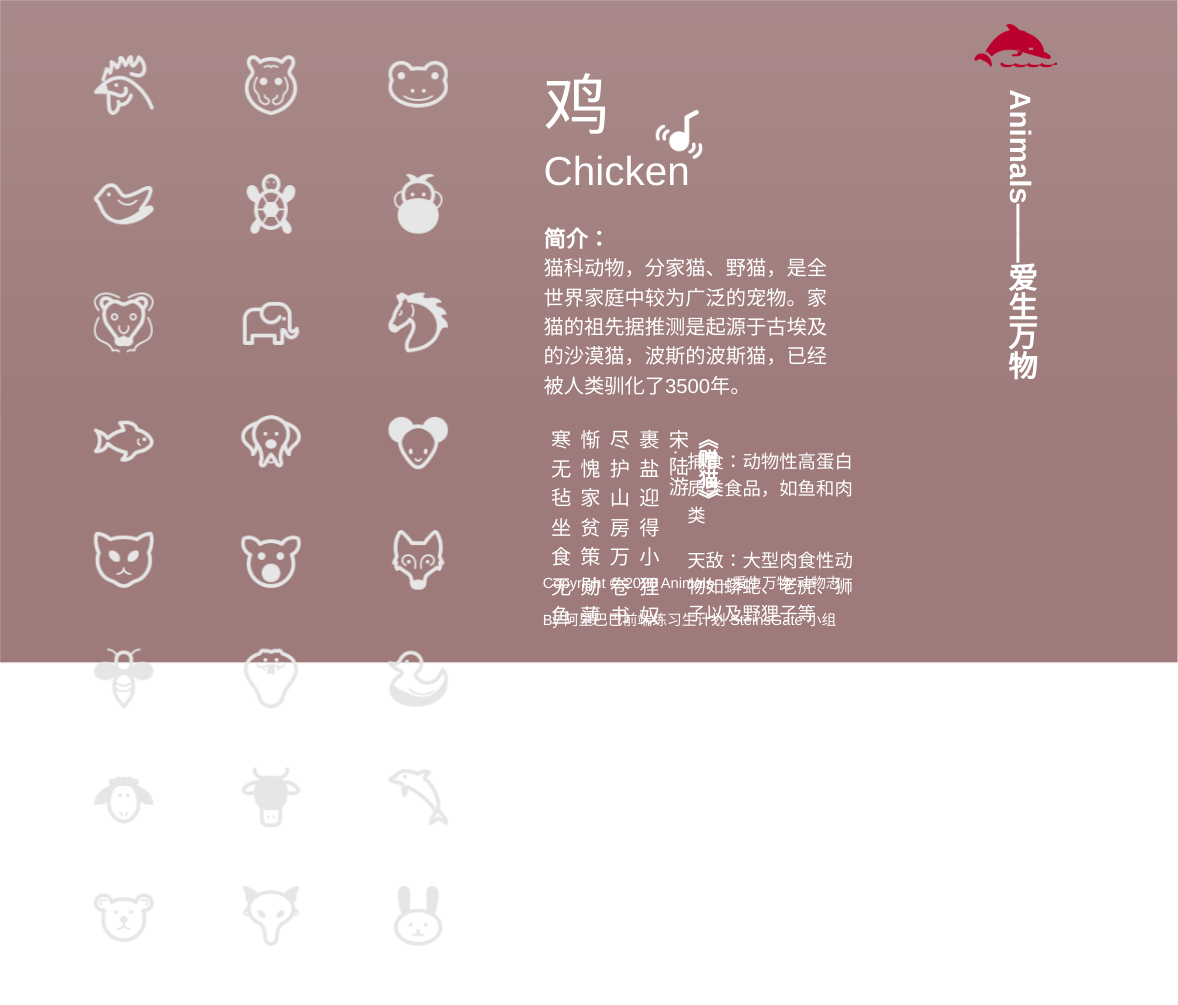
Repository: Whiskeyi/Animals
Page: /
These files come from the project's save history. The page is drawn as it stood at one moment and after a run of saves; the edit follows.
The browser window is 1280 px wide. The pictures show the whole page, at 92% of full size.
The project was rebuilt for these pictures with package versions that can differ from the ones it lists, and the page was loaded fresh each time.

Above is the page before, as saved 2021-11-17 16:28:17.

### public/index.html
<!DOCTYPE html>
<html lang="en">
  <head>
    <meta charset="utf-8">
    <meta http-equiv="X-UA-Compatible" content="IE=edge">
    <meta name="viewport" content="width=device-width,initial-scale=1.0">
    <link rel="icon" href="<%= BASE_URL %>favicon.ico">
    <title>Animals</title>
  </head>
  <body>
    <noscript>
      <strong>We're sorry but animals doesn't work properly without JavaScript enabled. Please enable it to continue.</strong>
    </noscript>
    <div id="app"></div>
    <!-- built files will be auto injected -->
  </body>
</html>

### src/main.js
import Vue from 'vue'
import App from './App.vue'
import router from './router'
import store from './store'
import './plugins/element.js' // 引入element-ui

Vue.config.productionTip = false

new Vue({
  router,
  store,
  render: h => h(App)
}).$mount('#app')

### src/App.vue
<template>
  <div id="app">
    <!-- 入口 -->
    <router-view/>
  </div>
</template>

<style lang="scss">
#app {
  font-family: 'Avenir', Helvetica, Arial, sans-serif;
  -webkit-font-smoothing: antialiased;
  -moz-osx-font-smoothing: grayscale;
}

html, body {  // 去除白边
    width: 100%;
    height: 100%;
    margin: 0;
    padding: 0;
    position: relative;
}

</style>

### src/router.js
// 路由
import Vue from 'vue'
import Router from 'vue-router'
import Home from './views/Home.vue'

Vue.use(Router)

export default new Router({
  mode: 'history',
  base: process.env.BASE_URL,
  routes: [
    {
      path: '/',
      name: 'home',
      component: Home
    }
  ]
})

### src/store.js
import Vue from 'vue'
import Vuex from 'vuex'

Vue.use(Vuex)

export default new Vuex.Store({
  state: {
    num: ""
  },
  mutations: {
    saveNum(state, num) {
      state.num = num
    }
  },
  actions: {

  }
})

### src/plugins/element.js
// 引入element-ui
import Vue from 'vue'

import ElementUI from 'element-ui';
import 'element-ui/lib/theme-chalk/index.css';

Vue.use(ElementUI);

### src/views/Home.vue
<template>
  <div class="home">
    <!-- 背景+光泽效果 -->
    <Gloss></Gloss>
    <!-- 页面容器 -->
    <div class="container">
      <!-- 左侧展示模块 -->
      <div id="leftContainer">
        <LeftMain></LeftMain>
      </div>
      <!-- 右侧展示模块 -->
      <div id="rightContainer">
        <!-- 输出信息 -->
          <Info></Info>
          <!-- 右侧标题 -->
          <RightHead></RightHead>
          <!-- 尾部 -->
          <Footer></Footer>
      </div>
    </div>
  </div>
</template>

<script>
// @ is an alias to /src
// 组件引入
import Gloss from '@/components/Gloss'
import Footer from '@/components/Footer'
import Info from '@/components/Info'
import RightHead from '@/components/right-head'
import LeftMain from '@/components/left-main'

export default {
  name: 'home',
  components: {
    Gloss,Footer,Info,RightHead,LeftMain
  }
}
</script>

<style lang="scss" scoped>
#leftContainer {
  position: absolute;
  left: 10%;
  width: 30%;
  height: 100%;
  margin: 0 auto;
}
#rightContainer {
  position: fixed;
  right: 10%;
  width: 50%;
  height: 100%;
  margin: 0 auto;
}
@media screen and (max-width: 1440px) { // 屏幕小于1440px样式
  #leftContainer {
  position: absolute;
  left: 5%;
  width: 36%;
  height: 100%;
  margin: 0 auto;
}
#rightContainer {
  position: fixed;
  right: 5%;
  width: 54%;
  height: 100%;
  margin: 0 auto;
}
}
</style>

### src/components/Gloss/index.vue
<template>
<!-- 实现光泽效果,丰富背景颜色 -->
<div id="bg" :style="{ backgroundColor : color }">
    <div id="gloss"></div>
</div>
</template>

<script>
const animalsData = require('@/data/Animals.json')
import store from '../../store'

export default {
    data() {
        return {
            color: 'rgb(158, 122, 122)'
        }
    },
    mounted() {
        this.changeColor()
        // window.console.log(animalsData.AnimalsDetail[0].color)
    },
    methods: {
        changeColor() {
            setInterval(function() {
                // let arrColor = ["#FC9F4D", "#E98B2A", "#90B44B", "#4D5139", "#1C1C1C", "#4F4F48",
                //                 "#FF5E99", "#828282", "#52433D", "#947A6D", "#080808", "#0C0C0C",
                //                 "#434343", "#B19693", "#434343", "#EFBB24", "#90B44B", "#373C38",
                //                 "#BDC0BA", "#BDC0BA", "#BDC0BA", "#434343","#BDC0BA", "#BDC0BA"]
                let num = Math.floor(Math.random() * animalsData.AnimalsDetail.length)
                store.commit('saveNum',num)
                document.getElementById('bg').style.backgroundColor = animalsData.AnimalsDetail[num].color
                // this.color = color
            }, 8000);
        }
    }
}
</script>

<style lang="scss" scoped>
#gloss {
    position: fixed;
    width: 100%;
    height: 478px;
    background: url('../../assets/gloss.png') repeat-x;
    // z-index: -8;  //暂时注释,影响调试
}
#bg {
  height: 100%;
  width: 100%;
  position: fixed;
  transition: background-color 2s ease-in; // 背景颜色切换2S过渡
  filter: blur(0.5px); // 背景高斯模糊
  // z-index: -9; //暂时注释,影响调试
}
</style>

### src/components/Footer/index.vue
<template>
  <div class="footerContainer">
      <p>Copyright © 2020 Animals—“爱生万物”动物志</p>
      <p>By 阿里巴巴前端练习生计划 SteinsGate 小组</p>
  </div>
</template>

<script>
export default {

}
</script>

<style lang="scss" scoped>
.footerContainer {
    position: fixed;
    bottom: 0;
    font-size: 1rem;
    color:#fff;
    margin:0 0 20px 65px;
}
</style>

### src/components/Info/index.vue
<template>
  <div class="infoContainer">
    <div class="infPadding">
      <!-- 标题、声音icon -->
    <Introduce></Introduce>
    <!-- 简介 -->
    <IntroduceMid></IntroduceMid>
    <!-- 捕食、诗 -->
    <HabbitPoem></HabbitPoem>
    </div>
  </div>
</template>

<script>
import Introduce from './Introduce'
import HabbitPoem from './habbit-poem'
import IntroduceMid from './introduce-mid'
export default {
  name: 'Info',
  components: {
    Introduce, HabbitPoem, IntroduceMid
  }
}
</script>

<style lang="scss" scoped>
.infoContainer {
    float: left;
    z-index: 10000;
    width: 82%;
    height: 80%;
    margin: 26px 0 0 16px;
    padding: 15px 0px;
    color:#fff;
}
.infPadding {
  padding: 0 0 0 50px;
}
.infoContainer logo {
    position: absolute;
}
@media screen and (max-width: 1440px) { // 屏幕小于1440px样式
  .infoContainer {
    float: left;
    z-index: 10000;
    width: 75%;
    height: 80%;
    margin: 26px 0 0 16px;
}
}
</style>

### src/components/right-head/index.vue
<template>
  <div class="rightHeadContainer">
      <el-image class="logo" alt="logo" :src="require('@/icons/index.png')"></el-image>
      <h1 class="vertical">Animals——爱生万物</h1>
  </div>
</template>

<script>
export default {

}
</script>

<style lang="scss" scoped>
.rightHeadContainer {
    float: left;
    height: 400px;
    width: 100px;
    margin: 26px 0 0 16px;
}
.vertical {
    writing-mode: vertical-lr;
    padding-left: 5px;
    color: #fff;
}
.logo {
    width: 90px;
    padding-bottom: 20px;
}
@media screen and (max-width: 1440px) { // 屏幕小于1440px样式
    .rightHeadContainer {
        float: left;
        height: 400px;
        width:85px;
        margin: 26px 0 0 0;
    }
    .vertical {
        writing-mode: vertical-lr;
        padding-right: 0;
        color: #fff;
    }
}
</style>

### src/components/left-main/index.vue
<template>
  <div class="leftContainer">
    <el-row :gutter="20" type="flex" justify="center" v-for="AnimalsDetail in data" :key="AnimalsDetail.enName">
      <el-col :span="8">
        <el-image class="logo" alt="logo" :src="require('@/icons/animals/chicken.png')"></el-image>
      </el-col>
      <el-col :span="8">
        <el-image class="logo" alt="logo" :src="require('@/icons/animals/tiger.png')"></el-image>
      </el-col>
      <el-col :span="8">
        <el-image class="logo" alt="logo" :src="require('@/icons/animals/frog.png')"></el-image>
      </el-col>
    </el-row>
     <el-row :gutter="20" type="flex" justify="center" v-for="AnimalsDetail in data" :key="AnimalsDetail.enName">
      <el-col :span="8">
        <el-image class="logo" alt="logo" :src="require('@/icons/animals/bird.png')"></el-image>
      </el-col>
      <el-col :span="8">
        <el-image class="logo" alt="logo" :src="require('@/icons/animals/turtle.png')"></el-image>
      </el-col>
      <el-col :span="8">
        <el-image class="logo" alt="logo" :src="require('@/icons/animals/monkey.png')"></el-image>
      </el-col>
    </el-row>
     <el-row :gutter="20" type="flex" justify="center" v-for="AnimalsDetail in data" :key="AnimalsDetail.enName">
      <el-col :span="8">
        <el-image class="logo" alt="logo" :src="require('@/icons/animals/lion.png')"></el-image>
      </el-col>
      <el-col :span="8">
        <el-image class="logo" alt="logo" :src="require('@/icons/animals/elephant.png')"></el-image>
      </el-col>
      <el-col :span="8">
        <el-image class="logo" alt="logo" :src="require('@/icons/animals/horse.png')"></el-image>
      </el-col>
    </el-row>
     <el-row :gutter="20" type="flex" justify="center" v-for="AnimalsDetail in data" :key="AnimalsDetail.enName">
      <el-col :span="8">
        <el-image class="logo" alt="logo" :src="require('@/icons/animals/fish.png')"></el-image>
      </el-col>
      <el-col :span="8">
        <el-image class="logo" alt="logo" :src="require('@/icons/animals/dog.png')"></el-image>
      </el-col>
      <el-col :span="8">
        <el-image class="logo" alt="logo" :src="require('@/icons/animals/mouse.png')"></el-image>
      </el-col>
    </el-row>
     <el-row :gutter="20" type="flex" justify="center" v-for="AnimalsDetail in data" :key="AnimalsDetail.enName">
      <el-col :span="8">
        <el-image class="logo" alt="logo" :src="require('@/icons/animals/cat.png')"></el-image>
      </el-col>
      <el-col :span="8">
        <el-image class="logo" alt="logo" :src="require('@/icons/animals/pig.png')"></el-image>
      </el-col>
      <el-col :span="8">
        <el-image class="logo" alt="logo" :src="require('@/icons/animals/wolf.png')"></el-image>
      </el-col>
    </el-row>
     <el-row :gutter="20" type="flex" justify="center" v-for="AnimalsDetail in data" :key="AnimalsDetail.enName">
      <el-col :span="8">
        <el-image class="logo" alt="logo" :src="require('@/icons/animals/bee.png')"></el-image>
      </el-col>
      <el-col :span="8">
        <el-image class="logo" alt="logo" :src="require('@/icons/animals/snake.png')"></el-image>
      </el-col>
      <el-col :span="8">
        <el-image class="logo" alt="logo" :src="require('@/icons/animals/duck.png')"></el-image>
      </el-col>
    </el-row>
     <el-row :gutter="20" type="flex" justify="center" v-for="AnimalsDetail in data" :key="AnimalsDetail.enName">
      <el-col :span="8">
        <el-image class="logo" alt="logo" :src="require('@/icons/animals/sheep.png')"></el-image>
      </el-col>
      <el-col :span="8">
        <el-image class="logo" alt="logo" :src="require('@/icons/animals/cow.png')"></el-image>
      </el-col>
      <el-col :span="8">
        <el-image class="logo" alt="logo" :src="require('@/icons/animals/dolphin.png')"></el-image>
      </el-col>
    </el-row>
     <el-row :gutter="20" type="flex" justify="center" v-for="AnimalsDetail in data" :key="AnimalsDetail.enName">
      <el-col :span="8">
        <el-image class="logo" alt="logo" :src="require('@/icons/animals/bear.png')"></el-image>
      </el-col>
      <el-col :span="8">
        <el-image class="logo" alt="logo" :src="require('@/icons/animals/fox.png')"></el-image>
      </el-col>
      <el-col :span="8">
        <el-image class="logo" alt="logo" :src="require('@/icons/animals/rabbit.png')"></el-image>
      </el-col>
    </el-row>
  </div>
</template>

<script>
import data from '@/data/Animals.json'
export default {
  data() {
    return {
      data
    }
  }
}
</script>

<style lang="scss" scoped>
.leftContainer {
  padding: 30px 0;
  width: 100%;
  text-align: center;
}
.leftContainer .logo {
  width: 100px;
  height: 100px;
  padding: 40px 0;
}
 @media screen and (max-width: 1440px) { // 屏幕小于1440px样式
  .leftContainer .logo {
    height: 65px;
    width: 65px;
    padding: 30px 0;
  }
 }
</style>

### src/components/Info/Introduce/index.vue
<template>
  <div class="introduce">
      <el-row class="intContainer">
          <el-col :span="6">
              <div id="title">{{ name }}</div>
              <div id="subTitle">{{ enName }}</div>
          </el-col>
          <el-col :span="10">
              <el-image class="logo" alt="logo" :src="require('@/icons/voice.png')"></el-image>
          </el-col>
      </el-row>
  </div>
</template>

<script>
const animalsData = require('@/data/Animals.json')
import store from '../../../store'
export default {
    data() {
        return {
            name: '鸡',
            enName: 'Chicken'
        }
    },
    mounted() {
        this.changeInfo()
        // window.console.log(store.state.num)
    },
    methods: {
          changeInfo() {
            setInterval(function() {
                this.name = animalsData.AnimalsDetail[store.state.num].name
                document.getElementById('title').innerHTML = this.name
                // window.console.log(this.name)
                this.enName = animalsData.AnimalsDetail[store.state.num].enName
                document.getElementById('subTitle').innerHTML = this.enName
                // window.console.log(this.enName)
            }, 8000);
        }
    }
}
</script>

<style lang="scss" scoped>
.introduce {
    // background-color: wheat;;
    height: 30%;
    width: 100%;
}
.intContainer {
    padding: 15px 0;
}
#title {
    font-size: 72px;
}
#subTitle {
    font-size: 44px;
}
.logo {
    padding-top: 60px;
    height: 60px;
    width: 60px;
}
</style>

### src/components/Info/habbit-poem/index.vue
<template>
  <div class="habPoem">
       <el-row class="habContainer">
           <el-col class="poem" :span="8">
                <div class="content">寒无毡坐食无鱼</div>
                <div class="content">惭愧家贫策勋薄</div>
                <div class="content">尽护山房万卷书</div>
                <div class="content">裹盐迎得小狸奴</div>
                <div class="author">宋·陆游</div>
                <div class="poemTitle">《赠猫》</div>
            </el-col>
            <el-col class="habContent" :span="10">
              <p class="foodTitle">捕食：动物性高蛋白质类食品，如鱼和肉类</p>
              <p class="enemyTitle">天敌：大型肉食性动物如蟒蛇、老虎、狮子以及野狸子等</p>
            </el-col>
      </el-row>
  </div>
</template>

<script>
export default {

}
</script>

<style lang="scss" scoped>
.habPoem {
    // background-color: rgb(252, 94, 94);
    height: 30%;
}
.poem {
    writing-mode: vertical-lr;
    font-size: 22px;
    .poemTitle {
        font-weight: bold;
    }
    .content {
        letter-spacing: 15px;
    }
}
.habContainer {
    padding: 15px 0;
}
.habContent p {
    font-size: 20px;
}
@media screen and (max-width: 1440px) { // 屏幕小于1440px样式
    .poem {
        writing-mode: vertical-lr;
        font-size: 22px;
        .poemTitle {
            font-weight: bold;
        }
        .content {
            letter-spacing: 10px;
        }
    }
}
</style>

### src/components/Info/introduce-mid/index.vue
<template>
    <div class="fooMid">
        <el-row class="botContainer">
            <el-col :sm="16" :md="16" :lg="16">
                <div class="IntTitle">简介：</div>
                <div class="IntContent">猫科动物，分家猫、野猫，是全世界家庭中较为广泛的宠物。家猫的祖先据推测是起源于古埃及的沙漠猫，波斯的波斯猫，已经被人类驯化了3500年。</div>
            </el-col>
        </el-row>
    </div>
</template>

<script>
export default {

}
</script>

<style lang="scss" scoped>
.fooMid {
    // background-color: rgb(253, 128, 128);
    height: 50%;
    width: 100%;
}
.botContainer {
    padding: 15px 0;
}
.IntTitle {
    font-size: 24px;
    font-weight: bold;
}
.IntContent {
    font-size: 22px;
    line-height: 40px;
}
@media screen and (max-width: 1440px) { // 屏幕小于1440px样式
    .IntContent {
        font-size: 22px;
        line-height: 32px;
    }
}
</style>

Loaded but not shown: src/data/Animals.json (327 lines, source omitted)

After the next 2 saves:
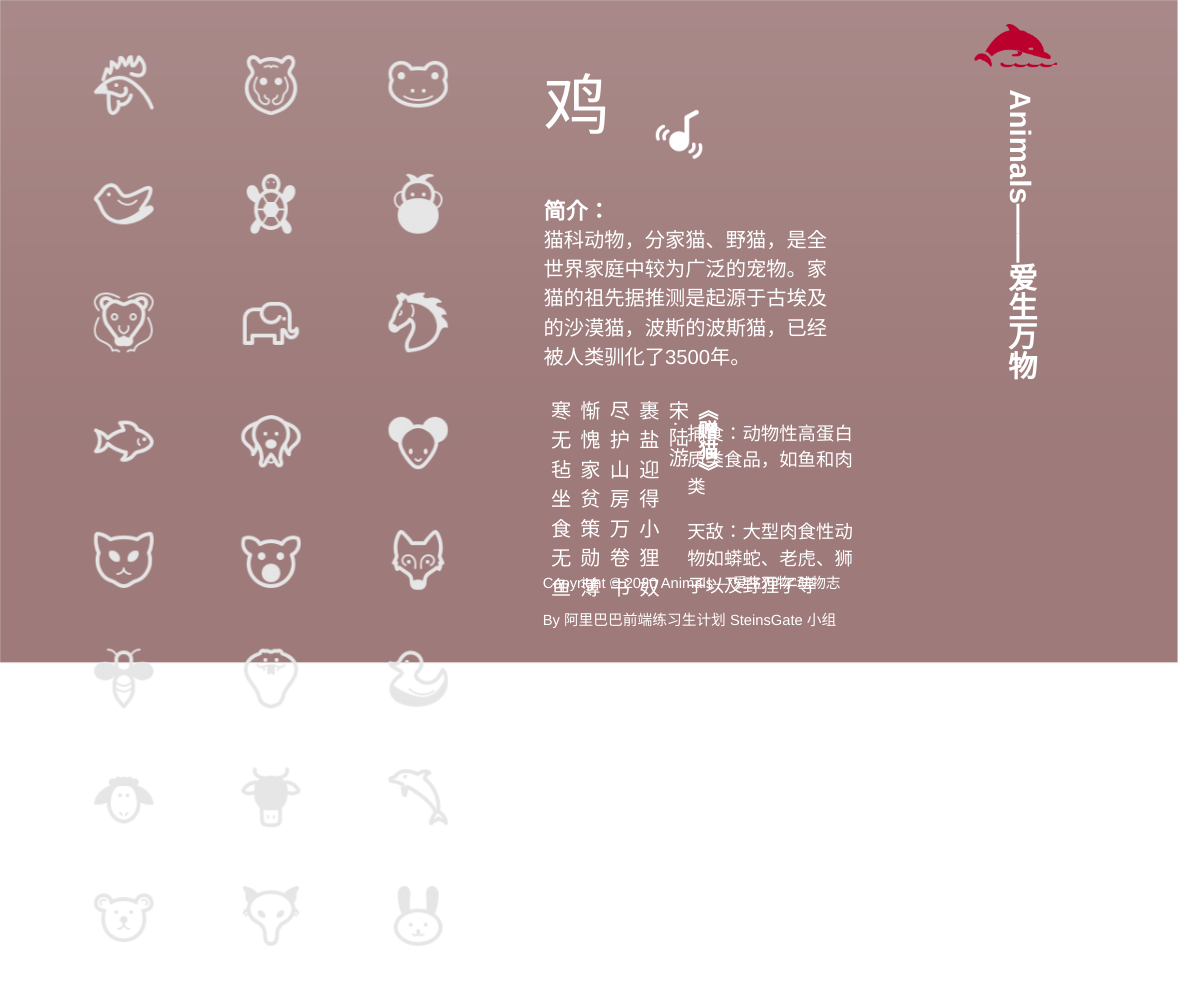
The 2 saves are shown as one change because 1 did not build or start.
The last was saved 3 min 48 s later.
--- a/src/components/Info/Introduce/index.vue
+++ b/src/components/Info/Introduce/index.vue
@@ -2,8 +2,10 @@
   <div class="introduce">
       <el-row class="intContainer">
           <el-col :span="6">
-              <div id="title">{{ name }}</div>
-              <div id="subTitle">{{ enName }}</div>
+              <transition name="fade">
+                <div id="title">{{ name }}</div>
+                <div id="subTitle">{{ enName }}</div>
+              </transition>
           </el-col>
           <el-col :span="10">
               <el-image class="logo" alt="logo" :src="require('@/icons/voice.png')"></el-image>

After the save that followed:
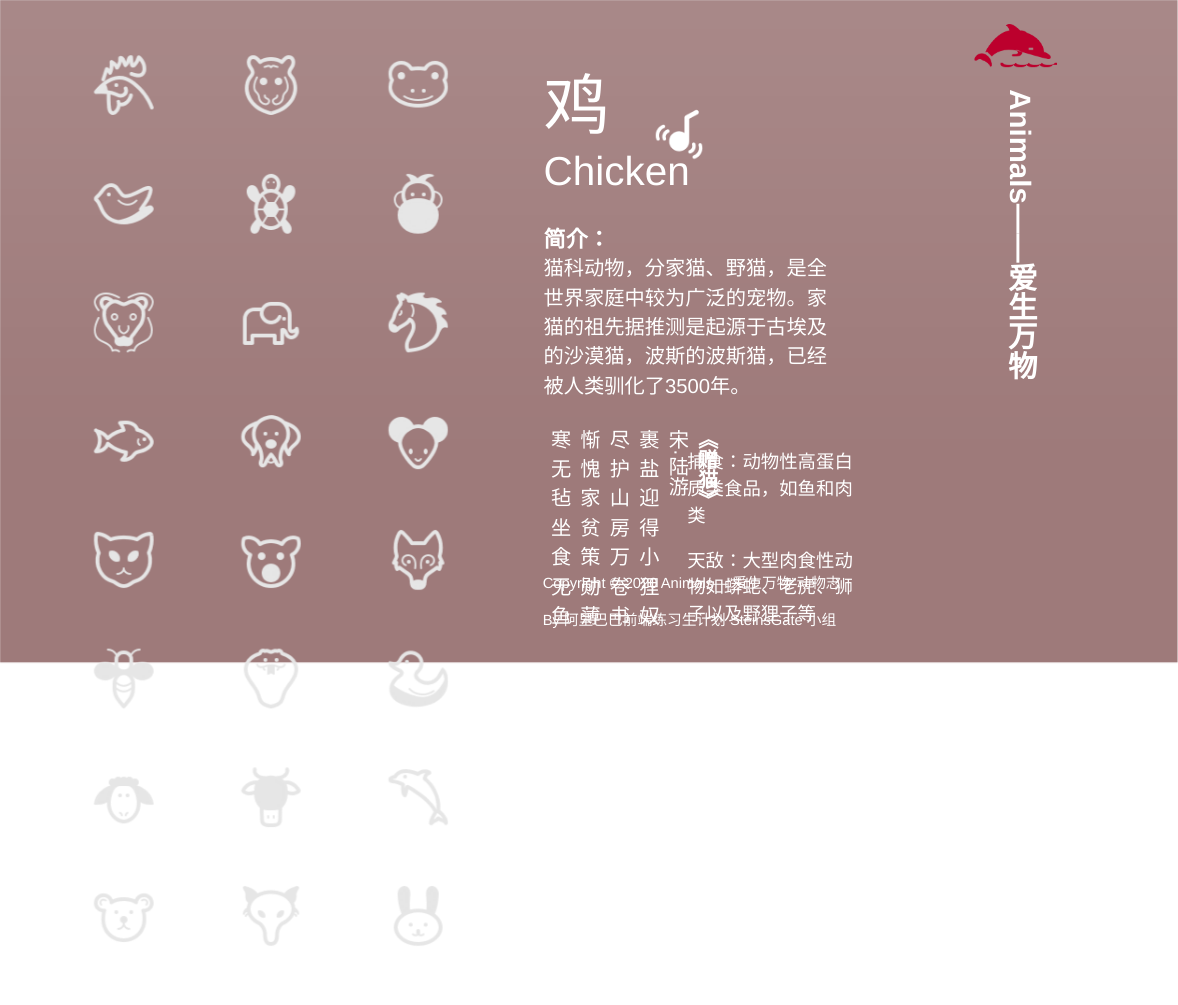
Saved 49 s later.
--- a/src/components/Info/Introduce/index.vue
+++ b/src/components/Info/Introduce/index.vue
@@ -2,10 +2,8 @@
   <div class="introduce">
       <el-row class="intContainer">
           <el-col :span="6">
-              <transition name="fade">
                 <div id="title">{{ name }}</div>
                 <div id="subTitle">{{ enName }}</div>
-              </transition>
           </el-col>
           <el-col :span="10">
               <el-image class="logo" alt="logo" :src="require('@/icons/voice.png')"></el-image>
